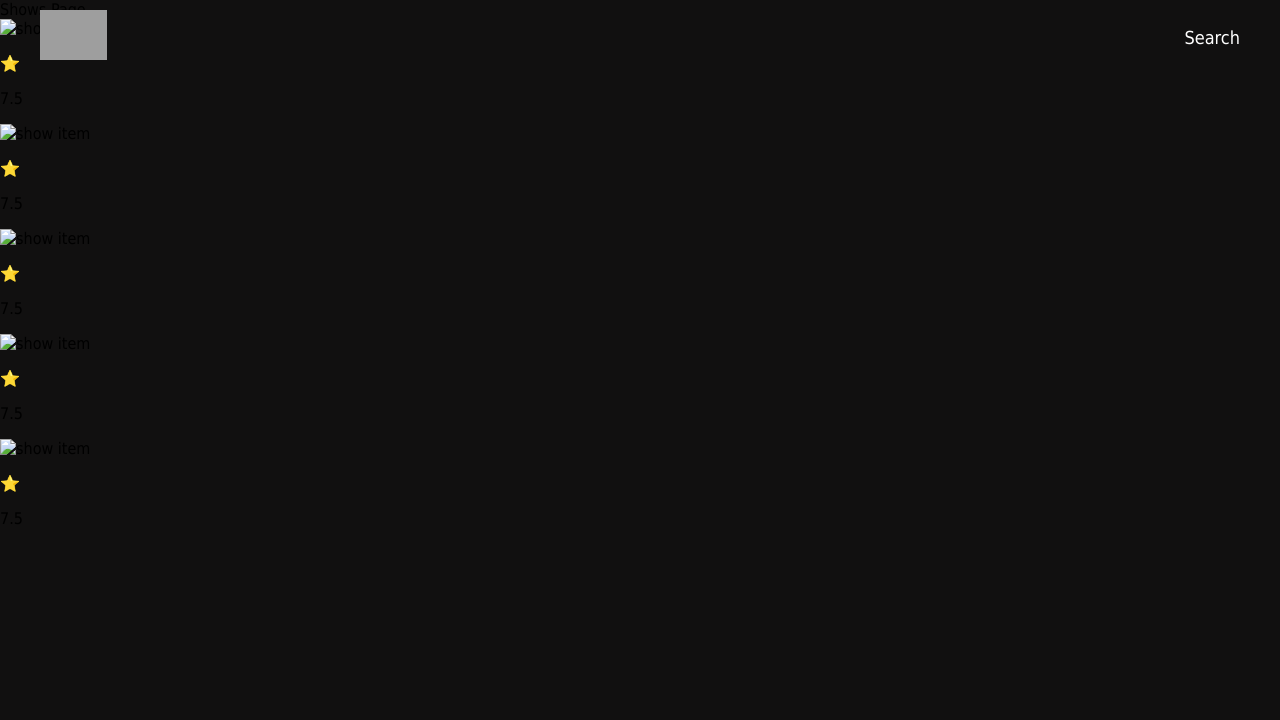
Repository: ahmedhamed15/React-Movies-App
Page: /#/show/1
These files come from the project's save history. The page is drawn as it stood at one moment and after the next save; the edit follows.
The browser window is 1280 px wide. The pictures show the whole page.
Pictures or frames that could not be fetched are drawn as grey boxes. The project was rebuilt for these pictures with package versions that can differ from the ones it lists, and the page was loaded fresh each time. Also part of the build but not shown: src/Components/Search/Search.js, src/Pages/HomePage.js, src/Pages/SearchPage.js.

Above is the page before, as saved 2021-07-18 21:36:41.

### src/index.js
import React from 'react';
import ReactDOM from 'react-dom';
import './assets/index.css';
import App from './App';

ReactDOM.render(<App />,document.getElementById('root'));

### src/assets/index.css
body {
  padding: 0;
  margin: 0;
  background-color: rgb(17, 16, 16);
  font-family: 'tahoma', arial;
}
.row {
  display: flex;
  flex-direction: row;
  flex-wrap: wrap;
}
.container {
  max-width: 1200px;
  margin: auto;
}
header {
  padding: 10px 0;
  position: fixed;
  top: 0;
  left: 0;
  right: 0;
}
header .row {
  align-items: center;
  justify-content: space-between;
}
.col {
  flex: 0 0 auto;
}
a {
  text-decoration: none;
}
header img {
  height: 50px;
}
header a {
  color: white;
  font-size: 18px;
}
header a:hover {
  color: #FFB03D
}
.text-center {
  text-align: center;
}
.search-content {
  background: url('./images/home-bg.jpg') no-repeat center center fixed;
  background-blend-mode: saturation;
  height: 100vh;
  display: flex;
  align-items: center;
  justify-content: center;
  flex-direction: column;
}
.search-content.sm-search-card {
  height: 50vh;
}
.search-content h1 {
  color: white;
  margin-top: 0;
  text-transform: uppercase;
  font-size: 55px;
  margin-bottom: 15px;
}
.search-content p {
  color: #f1f1ff;
  font-size: 20px;
  width: 700px;
  line-height: 1.5;
  margin-bottom: 40px;
}
.search-content input[type="search"] {
  height: 55px;
  width: 500px;
  padding: 10px;
  font-size: 18px;
  color: #f5853f;
  border: 1px solid #f5853f;
}
.search-content input[type="search"]:focus {
  outline: 0;

}
.search-content .search-btn {
  height: 55px;
  width: 100px;
  padding: 10px;
  font-size: 18px;
  background-color: #f5853f;
  color: white;
  border: none;
  cursor: pointer;
}
::selection {
  color: #FFF;
  background-color: #f5853f;
}

### src/App.js
import {BrowserRouter as Router, Switch, Route} from "react-router-dom";
import Header from "./Components/Layouts/Header";
import HomePage from "./Pages/HomePage";
import ShowPage from "./Pages/ShowPage";
import SearchPage from "./Pages/SearchPage";
function App() {
  return (
    <>
      <Router basename="/#">
        <Header />

        <Switch>
          <Route path="/" exact component={HomePage} />
          <Route path="/search" component={SearchPage} />
          <Route path="/show/:id" component={ShowPage} />
        </Switch>

      </Router>
    </>
  );
}

export default App;

### src/Components/Layouts/Header.js
import React from 'react';
import {Link, NavLink} from 'react-router-dom';
import Logo from '../../assets/images/logo.png';

const Header = () => {
    return (
         <header className="header">
             <div className="container">
                 <div className="row">
                    <div className="col">
                        <NavLink to="/"> <img src={Logo} alt="" /> </NavLink>
                    </div>
                    <div className="col">
                        <Link to="/search"> Search </Link>
                    </div>
                 </div>
             </div>
         </header>
    )
}

export default Header

### src/Pages/ShowPage.js
import React from 'react'
import Show from '../Components/Shows/Show'
import ShowsList from '../Components/Shows/ShowsList'

const ShowPage = () => {
    return (
        <div>
            <Show />
            <ShowsList />
        </div>
    )
}
export default ShowPage;

### src/Components/Shows/Show.js
import React from 'react'

const Show = () => {
    return (
        <>
            Shows Page
        </>
    )
}

export default Show

### src/Components/Shows/ShowsList.js
import React from 'react'
import ShowItem from './ShowItem'

const ShowsList = () => {
    return (
        <>
            <ShowItem />
            <ShowItem />
            <ShowItem />
            <ShowItem />
            <ShowItem />
        </>
    )
}

export default ShowsList

### src/Components/Shows/ShowItem.js
import React from 'react'

const ShowItem = () => {
    return (
        <section className="show-item">
            <img src="" alt="show item" />
            <div className="show-item__overlay">
                <div className="rating-item">
                    <p> ⭐ </p>
                    <p> 7.5 </p>
                </div>
            </div>
        </section>
    )
}

export default ShowItem

Loaded but not shown: public/index.html (common file)

After the next save:
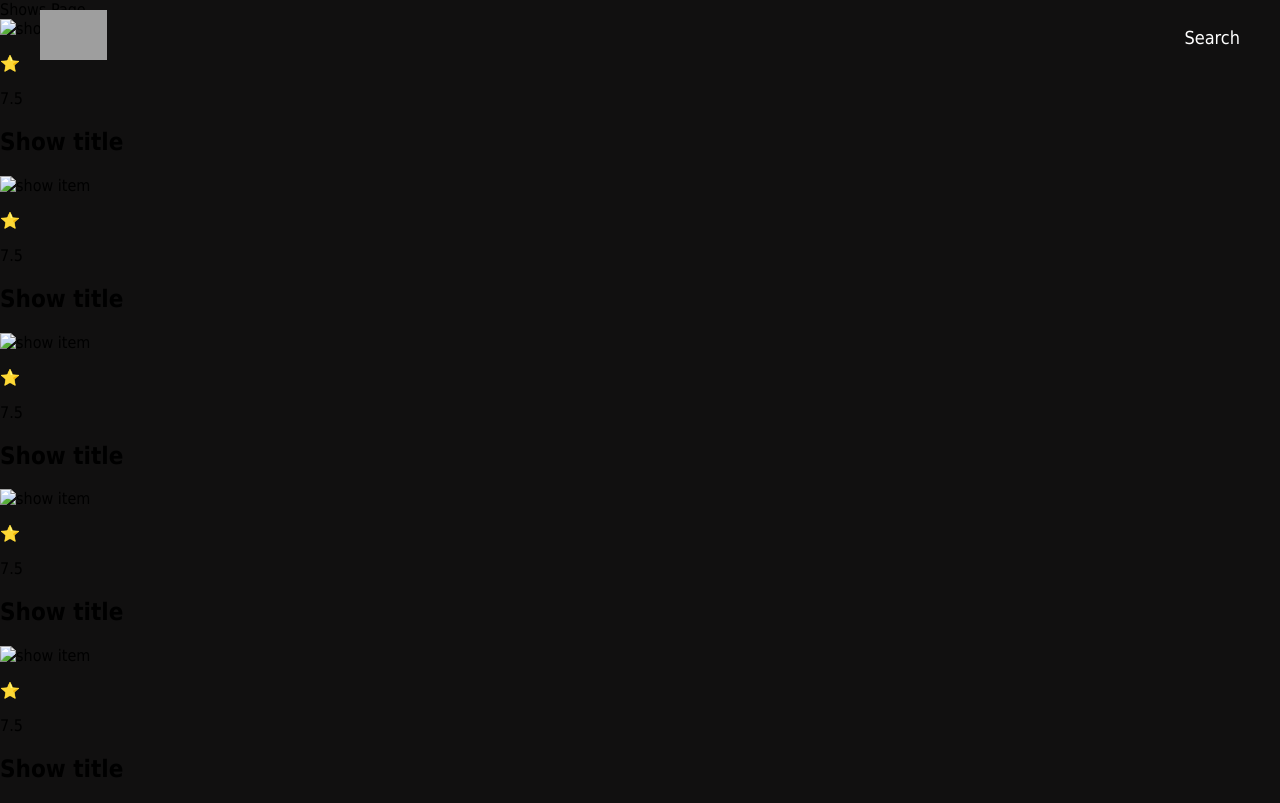
Saved 10 s later.
--- a/src/Components/Shows/ShowItem.js
+++ b/src/Components/Shows/ShowItem.js
@@ -8,6 +8,7 @@ const ShowItem = () => {
                 <div className="rating-item">
                     <p> ⭐ </p>
                     <p> 7.5 </p>
+                    <h2> Show title </h2>
                 </div>
             </div>
         </section>
